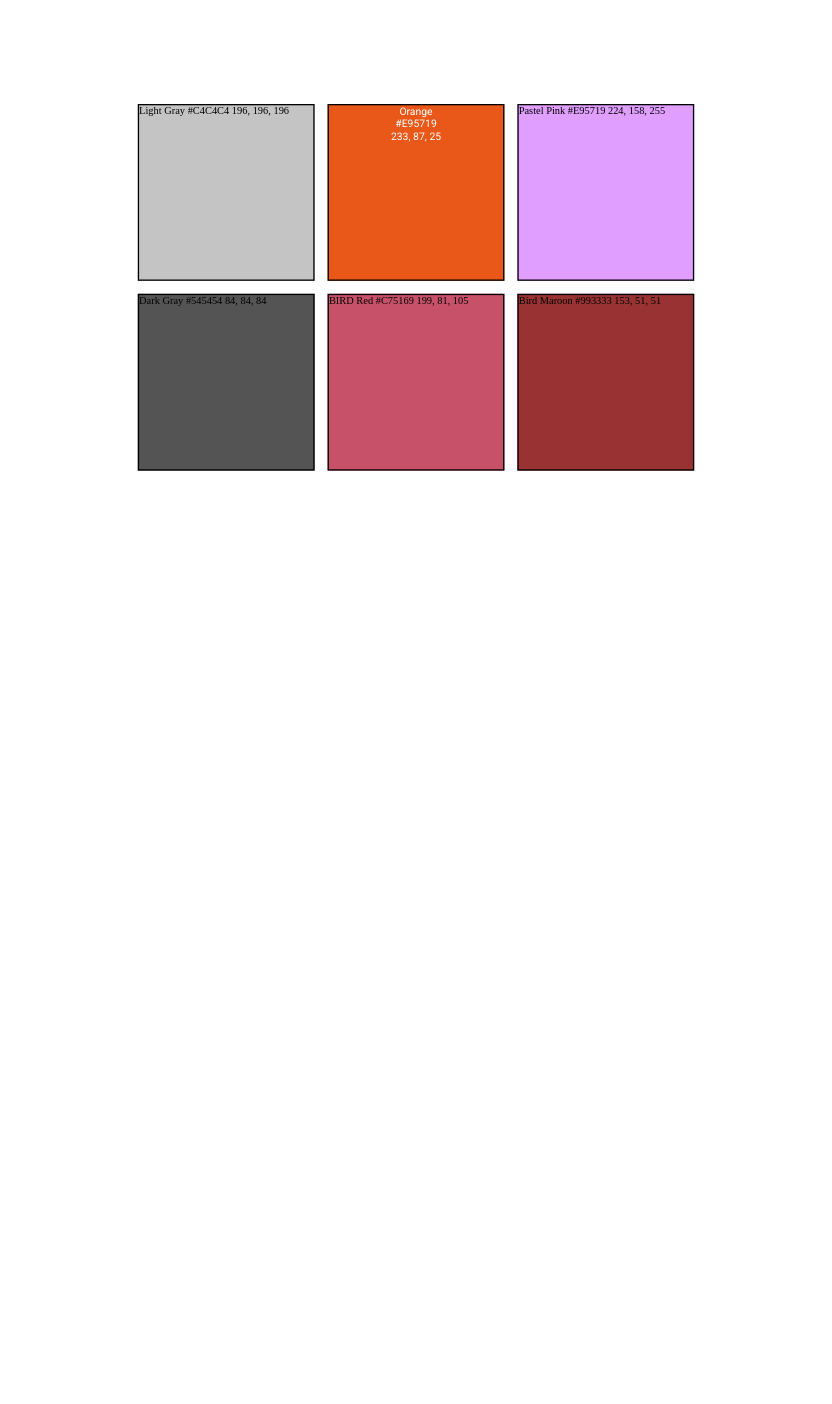
Repository: Levic559/bird-styleguide
Page: color/index.html
These files come from the project's save history. The page is drawn as it stood at one moment and after the next save; the edit follows.
The browser window is 1280 px wide. The pictures show the whole page, at 65% of full size.

Above is the page before, as saved 2021-03-22 02:26:17.

After the next save:
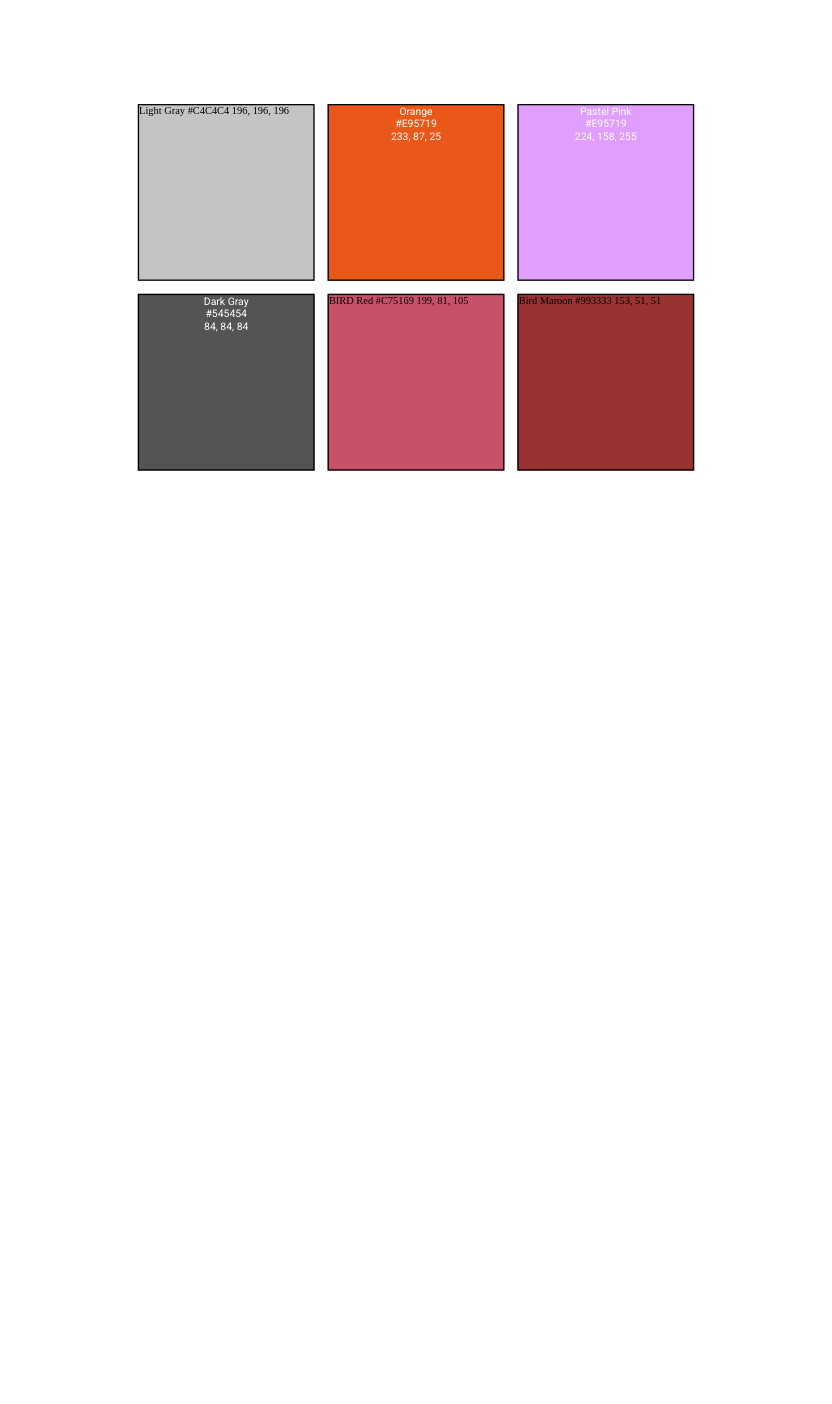
Saved 34 s later.
--- a/color/index.html
+++ b/color/index.html
@@ -27,16 +27,20 @@
                         </div>
                     </div>
                     <div class="cell pink">
-                        <span>Pastel Pink</span>
-                        <span>#E95719</span>
-                        <span>224, 158, 255</span>
+                        <div class="hovercontainers">
+                            <span>Pastel Pink</span>
+                            <span>#E95719</span>
+                            <span>224, 158, 255</span>
+                        </div>
                     </div>
                 </div>
                 <div class = row>
                     <div class="cell darkgray">
-                        <span>Dark Gray</span>
-                        <span>#545454</span>
-                        <span>84, 84, 84</span>
+                        <div class="hovercontainers">
+                            <span>Dark Gray</span>
+                            <span>#545454</span>
+                            <span>84, 84, 84</span>
+                        </div>
                     </div>
                     <div class="cell red">
                         <span>BIRD Red</span>
